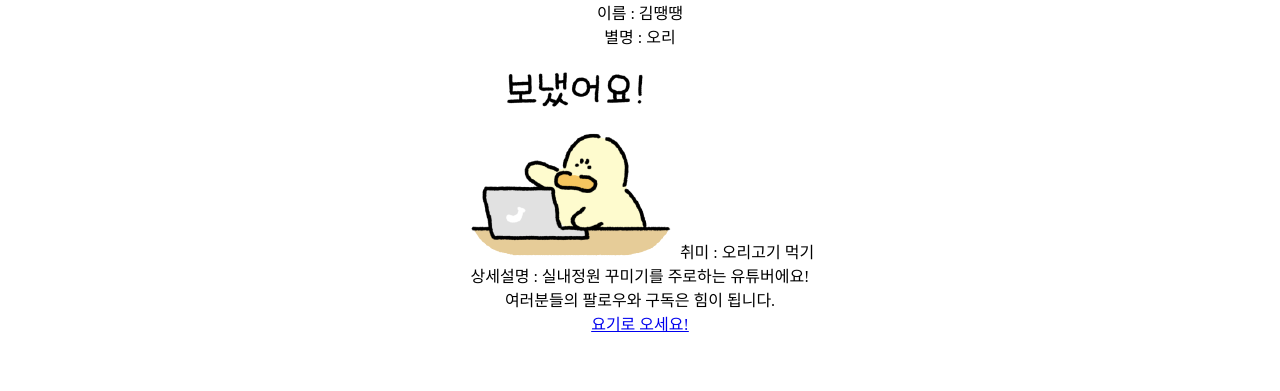
Repository: pauljerricho/MES
Page: http://localhost/SpringBoard/WEB-INF/views/follow.jsp
These files come from the project's save history. The page is drawn as it stood at one moment and after the next save; the edit follows.
The browser window is 1280 px wide. The pictures show the whole page.
The page is served by Tomcat 9. Nobody is signed in. The template is opened directly, without the code that normally fills it, so the values that code supplies are empty.

Above is the page before, as saved 2022-03-14 00:42:51.

After the next save:
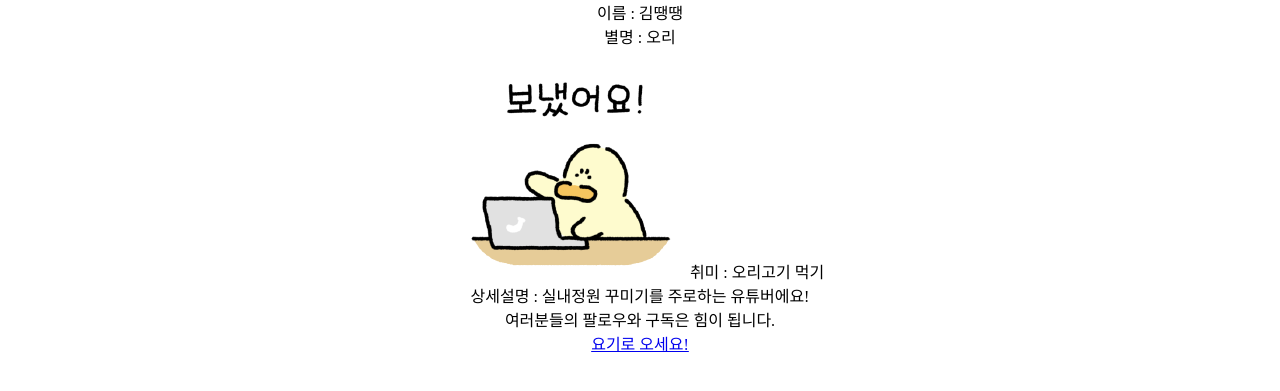
Saved 19 s later.
--- a/gozip/SpringBoard/src/main/webapp/WEB-INF/views/follow.jsp
+++ b/gozip/SpringBoard/src/main/webapp/WEB-INF/views/follow.jsp
@@ -12,6 +12,9 @@
 padding: 0px;
 text-align: center;
 }
+img {
+	margin: 10px;
+}
 </style>
 <body>
 이름 : 김땡땡<br>
